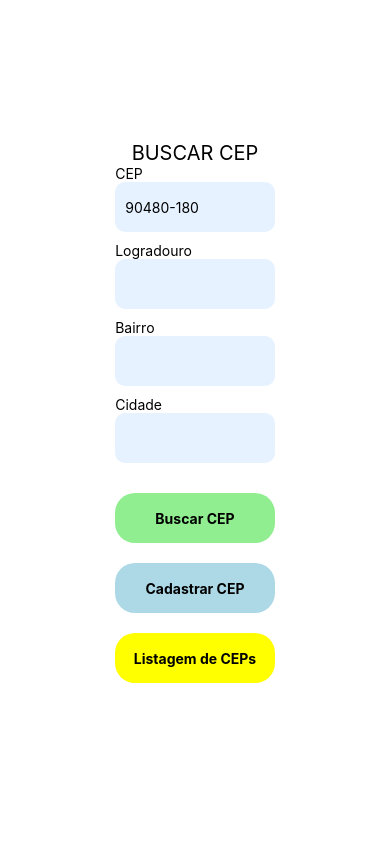
Repository: GustavoMSevero/registerCep
Screen: /
An editor plug-in stored every save of this project. The screen is shown before and after the next save, followed by the edit.
The app was drawn by React Native's web renderer in a window 390 px wide. The project was rebuilt for these pictures with package versions that can differ from the ones it lists, and the page was loaded fresh each time.

Above is the screen before, as saved 2024-09-23 13:53:03.

### App.js
import { StatusBar } from 'expo-status-bar';
import { useState } from 'react';
import { StyleSheet, Text, View, TextInput, TouchableOpacity } from 'react-native';
import api from './service/api';
import Form from './src/pages/Form';

export default function App() {

  return (
    <View style={styles.container}>
      <Form />
    </View>
  );
}

const styles = StyleSheet.create({
  title: {
    fontSize: 20,
  },
  container: {
    flex: 1,
    backgroundColor: '#fff',
    alignItems: 'center',
    justifyContent: 'center',
  },
  viewInput: {
    width: "70%",
  },
  input: {
    backgroundColor: "#e6f2ff",
    width: "100%",
    height: 50,
    marginBottom: 10,
    borderRadius: 10,
    paddingLeft: 10,
  },
  button: {
    marginTop: 20,
    marginBottom: 20,
    backgroundColor: "lightgreen",
    width: "70%",
    alignItems: "center",
    justifyContent: "center",
    height: 50,
    borderRadius: 20,
  },
  textButton: {
    fontWeight: "bold",
  },
  buttonCadastra: {
    backgroundColor: "lightblue",
    width: "70%",
    alignItems: "center",
    justifyContent: "center",
    height: 50,
    borderRadius: 20,
    marginBottom: 20,
  },
  textButtonCadastra: {
    fontWeight: "bold",
  },
  buttonListagem: {
    backgroundColor: "yellow",
    width: "70%",
    alignItems: "center",
    justifyContent: "center",
    height: 50,
    borderRadius: 20,
    marginBottom: 20,
  },
  textButtonListagem: {
    fontWeight: "bold",
  }
});

### service/api.js
import axios from "axios";

const api = axios.create({
    baseURL: 'http://192.168.0.226:8888/web/apiCep',
    timeout: 10000, // 10 seconds
});

export default api;

### src/pages/Form/index.js
import { StatusBar } from 'expo-status-bar';
import { useState } from 'react';
import { StyleSheet, Text, View, TextInput, TouchableOpacity } from 'react-native';
import api from "../../../service/api"

export default function Form() {

  const [cep, setCep] = useState(null)
  const [logradouro, setLogradouro] = useState(null)
  const [bairro, setBairro] = useState(null)
  const [localidade, setLocalidade] = useState(null)
  const [uf, setUF] = useState(null)

  async function getCep() {
    let response = await fetch(`https://viacep.com.br/ws/${cep}/json/`);
    let body = await response.json();

    setLogradouro(body.logradouro);
    setBairro(body.bairro);
    setLocalidade(body.localidade);
    setUF(body.uf);
  }

  async function registerCep() {
    const cepData = {
      cep: cep,
      logradouro: logradouro,
      bairro: bairro,
      localidade: localidade,
      uf: uf,
    };

    const result = await api.post('/api.php', {
      ...cepData,
      option: 'register cep',
    })
    .then(result => {
      // console.log(result.data);
      if(result.data.status == 1) {
        alert(result.data.msg)
      } else if(result.data.status == 2) {
        alert(result.data.msg)
      }
      setLogradouro(null);
      setBairro(null);
      setLocalidade(null);
      setUF(null);
    })
    .catch(error => {
      // Handle error
      console.error(error);
    });

  }

  return (
    <View style={styles.container}>
      <Text style={styles.title}>BUSCAR CEP</Text>
      <View style={styles.viewInput}>
        <Text>CEP</Text>
        <TextInput
          style={styles.input}
          keyboardType='number'
          placeholder='90480-180'
          onChangeText={(number) => setCep(number)}
          value={cep}
        />
      </View>
      <View style={styles.viewInput}>
        <Text>Logradouro</Text>
        <TextInput
          readOnly
          style={styles.input}
          value={logradouro}
        />
      </View>
      <View style={styles.viewInput}>
        <Text>Bairro</Text>
        <TextInput
          readOnly
          style={styles.input}
          value={bairro}
        />
      </View>
      <View style={styles.viewInput}>
        <Text>Cidade</Text>
        <TextInput
          readOnly
          style={styles.input}
          value={localidade}
        />
      </View>
        <TouchableOpacity
          style={styles.button}
          onPress={getCep}
        >
          <Text style={styles.textButton}>Buscar CEP</Text>
        </TouchableOpacity>
        <TouchableOpacity
          style={styles.buttonCadastra}
          onPress={registerCep}
        >
          <Text style={styles.textButtonCadastra}>Cadastrar CEP</Text>
        </TouchableOpacity>
        <TouchableOpacity
          style={styles.buttonListagem}
          // onPress={registerCep}
        >
          <Text style={styles.textButtonListagem}>Listagem de CEPs</Text>
        </TouchableOpacity>
      <StatusBar style="auto" />
    </View>
  );
}

const styles = StyleSheet.create({
  title: {
    fontSize: 20,
  },
  container: {
    flex: 1,
    backgroundColor: '#fff',
    alignItems: 'center',
    justifyContent: 'center',
  },
  viewInput: {
    width: "70%",
  },
  input: {
    backgroundColor: "#e6f2ff",
    width: "100%",
    height: 50,
    marginBottom: 10,
    borderRadius: 10,
    paddingLeft: 10,
  },
  button: {
    marginTop: 20,
    marginBottom: 20,
    backgroundColor: "lightgreen",
    width: "70%",
    alignItems: "center",
    justifyContent: "center",
    height: 50,
    borderRadius: 20,
  },
  textButton: {
    fontWeight: "bold",
  },
  buttonCadastra: {
    backgroundColor: "lightblue",
    width: "70%",
    alignItems: "center",
    justifyContent: "center",
    height: 50,
    borderRadius: 20,
    marginBottom: 20,
  },
  textButtonCadastra: {
    fontWeight: "bold",
  },
  buttonListagem: {
    backgroundColor: "yellow",
    width: "70%",
    alignItems: "center",
    justifyContent: "center",
    height: 50,
    borderRadius: 20,
    marginBottom: 20,
  },
  textButtonListagem: {
    fontWeight: "bold",
  }
});

After the next save:
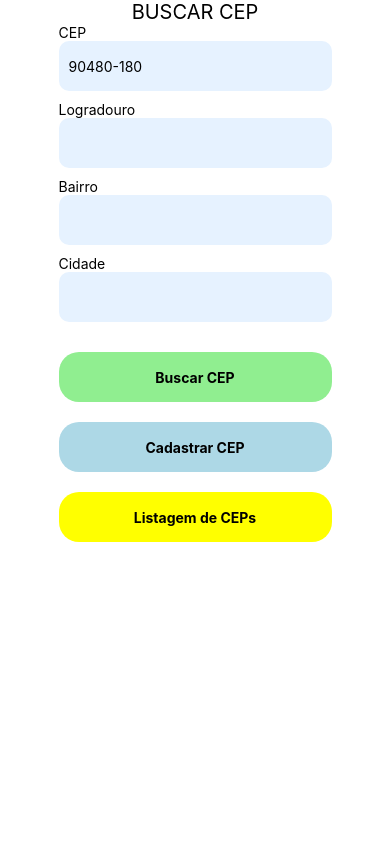
Saved 20 s later.
--- a/App.js
+++ b/App.js
@@ -7,7 +7,7 @@ import Form from './src/pages/Form';
 export default function App() {
 
   return (
-    <View style={styles.container}>
+    <View>
       <Form />
     </View>
   );
